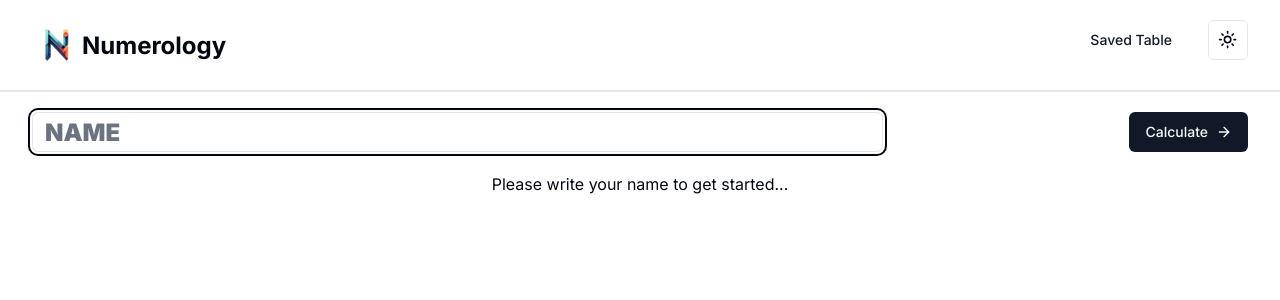
Repository: RaghunadhSahitDruvam/mynumerology
Page: /
These files come from the project's save history. The page is drawn as it stood at one moment and after the next save; the edit follows.
The browser window is 1280 px wide. The pictures show the whole page.
The project was rebuilt for these pictures with package versions that can differ from the ones it lists, and the page was loaded fresh each time. The framework's server and built-in components were replaced by stand-ins that run in the browser. Also part of the build but not shown: next.config.js, components/ui/alert-dialog.tsx.

Above is the page before, as saved 2023-12-21 16:06:27.

### app/layout.tsx
import type { Metadata } from "next";
import { Inter } from "next/font/google";
import "./globals.css";
import { ThemeProvider } from "@/components/theme-provider";

const inter = Inter({ subsets: ["latin"] });

export const metadata: Metadata = {
  title: "Numerology",
  description: "Officially designed by ⭐ Raghunadh ⭐",
};

export default function RootLayout({
  children,
}: {
  children: React.ReactNode;
}) {
  return (
    <html lang="en">
      <body className={inter.className}>
        {" "}
        <ThemeProvider
          attribute="class"
          defaultTheme="system"
          enableSystem
          disableTransitionOnChange
        >
          {children}
          {/* <Toaster /> */}
        </ThemeProvider>
      </body>
    </html>
  );
}

### app/page.tsx
// @ts-nocheck
"use client";
import React, { useEffect, useRef, useState } from "react";
import { Input } from "@/components/ui/input";
import { ToastContainer, toast } from "react-toastify";
import "react-toastify/dist/ReactToastify.css";

import { Button } from "@/components/ui/button";
import { ArrowRight } from "lucide-react";
import axios from "axios";
import Header from "@/components/header";
import { useRouter, useSearchParams } from "next/navigation";
import Link from "next/link";
import {
  AlertDialog,
  AlertDialogAction,
  AlertDialogCancel,
  AlertDialogContent,
  AlertDialogDescription,
  AlertDialogFooter,
  AlertDialogHeader,
  AlertDialogTitle,
  AlertDialogTrigger,
} from "@/components/ui/alert-dialog";

interface DataSource {
  name_g2_block?: string;
  name_g3_block?: string;
  g2tot?: number;
  g2vtot?: number;
  g2nettot?: number;
  g3tot?: number;
  g3vtot?: number;
  g3nettot?: number;
  tot_letters?: number;
}

const Page: React.FC = () => {
  let [textName, setTextName] = useState<string>("");
  const [dataSource, setDataSource] = useState<DataSource | null>(null);
  const [loading, setLoading] = useState<boolean>(false);
  const searchParams = useSearchParams();
  let search = searchParams.get("name");
  const router = useRouter();
  const saveHandler = async (dataSource: DataSource) => {
    setLoading(true);
    await axios
      .post("/api/save", {
        chaldean: dataSource.name_g2_block,
        pythogorous: dataSource.name_g3_block,
        tot_letters: dataSource.tot_letters,
        g2tot: dataSource.g2tot,
        g3tot: dataSource.g3tot,
        g2vtot: dataSource.g2vtot,
        g3vtot: dataSource.g3vtot,
        g2nettot: dataSource.g2nettot,
        g3nettot: dataSource.g3nettot,
      })
      .then((res) => {
        setLoading(false);
        toast.success("Name successfully added to Database ⭐!");
      })
      .catch((err) => toast.error(err));
  };

  useEffect(() => {
    // Set initial value only if it's different from the current state
    if (search !== null && search !== textName) {
      setTextName(search);
    }
  }, [search, textName]);

  const inputFocusRef = useRef(null);
  const buttonRef = useRef(null);
  useEffect(() => {
    inputFocusRef.current.focus();
    if (search !== null) {
      if (buttonRef.current) {
        buttonRef.current.click();
      }
    }
  }, []);
  const submitHandler = (e: React.FormEvent<HTMLFormElement>) => {
    e.preventDefault();
    axios
      .get(`https://phinzi.com/convert?name=${textName}`)
      .then((res) => setDataSource(res.data));
  };

  const updateURL = (newTextName: string) => {
    // Update the URL without a page reload
    router.push(
      `?name=${encodeURIComponent(
        newTextName
          .replaceAll(".", "")
          .replaceAll(",", "")
          .replaceAll(" - ", "")
          .replaceAll("-", "")
          .replaceAll(";", "")
          .replaceAll("(", "")
          .replaceAll(")", "")
          // .replaceAll("  ", " ")
          .replaceAll("[", "")
          .replaceAll("]", "")
      )}`
    );
  };

  return loading ? (
    <div className="flex items-center justify-center h-screen bg-gray-100">
      <div className="animate-spin h-12 w-12 border-t-2 border-b-2 border-gray-900 rounded-full" />
    </div>
  ) : (
    <div className="">
      <Header />

      <div>
        <form
          className="container gap flex justify-between"
          onSubmit={(e) => submitHandler(e)}
        >
          <Input
            type="text"
            placeholder="Name"
            className="w-[70%]"
            value={textName
              .replaceAll(".", "")
              .replaceAll(",", "")
              .replaceAll(" - ", "")
              .replaceAll("-", "")
              .replaceAll(";", "")
              .replaceAll("(", "")
              .replaceAll(")", "")
              // .replaceAll("  ", " ")
              .replaceAll("[", "")
              .replaceAll("]", "")}
            ref={inputFocusRef}
            onChange={(e) => {
              const newValue = e.target.value;
              setTextName(newValue);
              updateURL(newValue); // Update the URL when input changes
            }}
          />

          <Button type="submit" ref={buttonRef}>
            Calculate <ArrowRight className="ml-2 h-4 w-4" />
          </Button>
        </form>
      </div>
      {dataSource ? (
        <>
          <div className="container mt-[30px] flex items-start justify-start">
            <table
              border={2}
              className="border-4dark:border-white border-yellow-600"
            >
              <thead className="border-4 dark:border-white border-yellow-600 p-[20px]">
                <tr className="border-4 dark:border-white border-yellow-600">
                  <th className="border-4 dark:border-white border-yellow-600 bg-green-600 text-white  text-2xl font-[900]">
                    Grp.
                  </th>
                  <th className="border-4 dark:border-white border-yellow-600 bg-green-600 text-white  text-2xl font-[900]">
                    Name
                  </th>
                  <th className="border-4 dark:border-white border-yellow-600 bg-green-600 text-white  text-2xl font-[900]">
                    Total
                  </th>
                  <th className="border-4  dark:border-white border-yellow-600 bg-green-600 text-white  text-2xl font-[900]">
                    V
                  </th>
                  <th className="border-4px-[10px]  dark:border-white border-yellow-600 bg-green-600 text-white  text-2xl font-[900] text-2xl">
                    C
                  </th>
                </tr>
              </thead>
              <tbody className="border-4 dark:border-white border-yellow-600 text-[#960084] font-[900]">
                <tr className="border-4 dark:border-white border-yellow-600">
                  <td className="border-4 dark:border-white border-yellow-600 bg-green-600 text-white  text-2xl ">
                    C
                  </td>
                  <td className=" border-4 dark:border-white border-yellow-600 ">
                    <table
                      className=" table-padding text-2xl"
                      dangerouslySetInnerHTML={{
                        __html:
                          typeof dataSource !== "undefined" &&
                          dataSource?.name_g2_block,
                      }}
                    ></table>
                  </td>

                  <td className="border-4 dark:border-white border-yellow-600 text-2xl bg-green-600 text-white ">
                    {dataSource?.g2tot}
                  </td>
                  <td className="border-4 dark:border-white border-yellow-600 text-2xl bg-green-600 text-white ">
                    {" "}
                    {dataSource?.g2vtot}
                  </td>
                  <td className="border-4 dark:border-white border-yellow-600 text-2xl bg-green-600 text-white ">
                    {" "}
                    {dataSource?.g2nettot}
                  </td>
                </tr>
                <tr className="border-4 dark:border-white border-yellow-600">
                  <td className="border-4 dark:border-white border-yellow-600 bg-green-600 text-white  text-2xl ">
                    P
                  </td>
                  <td className=" border-4 dark:border-white border-yellow-600">
                    <table
                      className=" table-padding text-2xl"
                      dangerouslySetInnerHTML={{
                        __html:
                          typeof dataSource !== "undefined" &&
                          dataSource?.name_g3_block,
                      }}
                    ></table>
                  </td>

                  <td className="border-4 dark:border-white border-yellow-600 text-2xl bg-green-600 text-white ">
                    {dataSource?.g3tot}
                  </td>
                  <td className="border-4 dark:border-white border-yellow-600 text-2xl bg-green-600 text-white ">
                    {" "}
                    {dataSource?.g3vtot}
                  </td>
                  <td className="border-4 dark:border-white border-yellow-600 text-2xl bg-green-600 text-white ">
                    {" "}
                    {dataSource?.g3nettot}
                  </td>
                </tr>
              </tbody>
            </table>
          </div>
          <div className="container flex  items-start mt-[10px] justify-between">
            {" "}
            <span className="text-green-600  text-2xl font-[900]">
              Total Letters - {dataSource?.tot_letters}
            </span>
            <div className="">
              {/* <Button variant={"default"} className="mr-[10px]"> */}
              <AlertDialog>
                <AlertDialogTrigger>
                  <Button variant={"default"} className="mr-[10px]">
                    Save
                  </Button>
                </AlertDialogTrigger>
                <AlertDialogContent>
                  <AlertDialogHeader>
                    <AlertDialogTitle>
                      Are you absolutely sure?
                    </AlertDialogTitle>
                    <AlertDialogDescription>
                      Do you want to save this name -{" "}
                      <b>{textName.toUpperCase()}</b> ?
                    </AlertDialogDescription>
                  </AlertDialogHeader>
                  <AlertDialogFooter>
                    <AlertDialogCancel>Cancel</AlertDialogCancel>
                    <AlertDialogAction onClick={() => saveHandler(dataSource)}>
                      Continue
                    </AlertDialogAction>
                  </AlertDialogFooter>
                </AlertDialogContent>
              </AlertDialog>
              {/* </Button> */}
              <Link href={"/"}>
                <Button
                  variant={"destructive"}
                  onClick={() => {
                    setTextName(null);
                    setDataSource(null);
                  }}
                >
                  Cancel
                </Button>
              </Link>
            </div>
          </div>
        </>
      ) : (
        <>
          <div className="container flex justify-center align-middle">
            <h1>Please write your name to get started...</h1>
          </div>
        </>
      )}
      <ToastContainer
        position="top-right"
        autoClose={5000}
        hideProgressBar={false}
        newestOnTop={false}
        closeOnClick
        rtl={false}
        pauseOnFocusLoss
        draggable
        pauseOnHover
        theme="colored"
      />
    </div>
  );
};

export default Page;

### app/globals.css
@tailwind base;
@tailwind components;
@tailwind utilities;

@layer base {
  :root {
    --background: 0 0% 100%;
    --foreground: 224 71.4% 4.1%;

    --card: 0 0% 100%;
    --card-foreground: 224 71.4% 4.1%;

    --popover: 0 0% 100%;
    --popover-foreground: 224 71.4% 4.1%;

    --primary: 220.9 39.3% 11%;
    --primary-foreground: 210 20% 98%;

    --secondary: 220 14.3% 95.9%;
    --secondary-foreground: 220.9 39.3% 11%;

    --muted: 220 14.3% 95.9%;
    --muted-foreground: 220 8.9% 46.1%;

    --accent: 220 14.3% 95.9%;
    --accent-foreground: 220.9 39.3% 11%;

    --destructive: 0 84.2% 60.2%;
    --destructive-foreground: 210 20% 98%;

    --border: 220 13% 91%;
    --input: 220 13% 91%;
    --ring: 224 71.4% 4.1%;

    --radius: 0.5rem;
  }

  .dark {
    --background: 224 71.4% 4.1%;
    --foreground: 210 20% 98%;

    --card: 224 71.4% 4.1%;
    --card-foreground: 210 20% 98%;

    --popover: 224 71.4% 4.1%;
    --popover-foreground: 210 20% 98%;

    --primary: 210 20% 98%;
    --primary-foreground: 220.9 39.3% 11%;

    --secondary: 215 27.9% 16.9%;
    --secondary-foreground: 210 20% 98%;

    --muted: 215 27.9% 16.9%;
    --muted-foreground: 217.9 10.6% 64.9%;

    --accent: 215 27.9% 16.9%;
    --accent-foreground: 210 20% 98%;

    --destructive: 0 62.8% 30.6%;
    --destructive-foreground: 210 20% 98%;

    --border: 215 27.9% 16.9%;
    --input: 215 27.9% 16.9%;
    --ring: 216 12.2% 83.9%;
  }
}

@layer base {
  * {
    @apply border-border;
  }
  body {
    @apply bg-background text-foreground;
  }
  .container {
    @apply mx-[50px];
  }
  .mainHeading {
    @apply text-2xl font-bold;
  }
  .gap {
    @apply my-[20px];
  }
  .table-padding tbody > tr > td {
    @apply px-[15px];
  }
}

### components/ui/input.tsx
import * as React from "react";

import { cn } from "@/lib/utils";

export interface InputProps
  extends React.InputHTMLAttributes<HTMLInputElement> {}

const Input = React.forwardRef<HTMLInputElement, InputProps>(
  ({ className, type, ...props }, ref) => {
    return (
      <input
        type={type}
        className={cn(
          "flex h-10 w-full rounded-md border border-pink-600 border-input uppercase text-2xl bg-background text-blue-600 font-[1000] px-3 py-2  ring-offset-background file:border-0 file:bg-transparent file:text-sm file:font-medium placeholder:text-muted-foreground focus-visible:outline-none focus-visible:ring-2 focus-visible:ring-ring focus-visible:ring-offset-2 foc disabled:cursor-not-allowed disabled:opacity-50",
          className
        )}
        ref={ref}
        {...props}
      />
    );
  }
);
Input.displayName = "Input";

export { Input };

### components/ui/button.tsx
import * as React from "react"
import { Slot } from "@radix-ui/react-slot"
import { cva, type VariantProps } from "class-variance-authority"

import { cn } from "@/lib/utils"

const buttonVariants = cva(
  "inline-flex items-center justify-center rounded-md text-sm font-medium ring-offset-background transition-colors focus-visible:outline-none focus-visible:ring-2 focus-visible:ring-ring focus-visible:ring-offset-2 disabled:pointer-events-none disabled:opacity-50",
  {
    variants: {
      variant: {
        default: "bg-primary text-primary-foreground hover:bg-primary/90",
        destructive:
          "bg-destructive text-destructive-foreground hover:bg-destructive/90",
        outline:
          "border border-input bg-background hover:bg-accent hover:text-accent-foreground",
        secondary:
          "bg-secondary text-secondary-foreground hover:bg-secondary/80",
        ghost: "hover:bg-accent hover:text-accent-foreground",
        link: "text-primary underline-offset-4 hover:underline",
      },
      size: {
        default: "h-10 px-4 py-2",
        sm: "h-9 rounded-md px-3",
        lg: "h-11 rounded-md px-8",
        icon: "h-10 w-10",
      },
    },
    defaultVariants: {
      variant: "default",
      size: "default",
    },
  }
)

export interface ButtonProps
  extends React.ButtonHTMLAttributes<HTMLButtonElement>,
    VariantProps<typeof buttonVariants> {
  asChild?: boolean
}

const Button = React.forwardRef<HTMLButtonElement, ButtonProps>(
  ({ className, variant, size, asChild = false, ...props }, ref) => {
    const Comp = asChild ? Slot : "button"
    return (
      <Comp
        className={cn(buttonVariants({ variant, size, className }))}
        ref={ref}
        {...props}
      />
    )
  }
)
Button.displayName = "Button"

export { Button, buttonVariants }

### components/header.tsx
import React from "react";
import { ModeToggle } from "./mode";
import Link from "next/link";
import Image from "next/image";
import { Badge } from "./ui/badge";
import { Button } from "./ui/button";

const Header = () => {
  return (
    <div className={``}>
      <div className="flex my-[20px] mainHeading justify-between  container ">
        <Link href={"/"} className="flex align-middle text-center ">
          <Image src={"/images/logo.png"} alt="logo" height={50} width={50} />
          <span className="mt-[10px]">Numerology</span>
        </Link>
        <div className="flex gap-[20px]">
          <Link href={"/data"}>
            <Button variant={"link"}>Saved Table</Button>{" "}
          </Link>
          <ModeToggle />
        </div>
      </div>
      <div className="border-b-2"></div>
    </div>
  );
};

export default Header;

### components/mode.tsx
"use client";

import * as React from "react";
import { Moon, Sun } from "lucide-react";
import { useTheme } from "next-themes";

import { Button } from "@/components/ui/button";
import {
  DropdownMenu,
  DropdownMenuContent,
  DropdownMenuItem,
  DropdownMenuTrigger,
} from "@/components/ui/dropdown-menu";

export function ModeToggle() {
  const { setTheme } = useTheme();

  return (
    <DropdownMenu>
      <DropdownMenuTrigger asChild>
        <Button variant="outline" size="icon" className="align-middle">
          <Sun className="h-[1.2rem]  w-[1.2rem] rotate-0 scale-100 transition-all dark:-rotate-90 dark:scale-0" />
          <Moon className="absolute  h-[1.2rem] w-[1.2rem] rotate-90 scale-0 transition-all dark:rotate-0 dark:scale-100" />
          <span className="sr-only">Toggle theme</span>
        </Button>
      </DropdownMenuTrigger>
      <DropdownMenuContent align="end">
        <DropdownMenuItem onClick={() => setTheme("light")}>
          Light
        </DropdownMenuItem>
        <DropdownMenuItem onClick={() => setTheme("dark")}>
          Dark
        </DropdownMenuItem>
        <DropdownMenuItem onClick={() => setTheme("system")}>
          System
        </DropdownMenuItem>
      </DropdownMenuContent>
    </DropdownMenu>
  );
}

### components/ui/dropdown-menu.tsx
import * as React from "react"
import * as DropdownMenuPrimitive from "@radix-ui/react-dropdown-menu"
import { Check, ChevronRight, Circle } from "lucide-react"

import { cn } from "@/lib/utils"

const DropdownMenu = DropdownMenuPrimitive.Root

const DropdownMenuTrigger = DropdownMenuPrimitive.Trigger

const DropdownMenuGroup = DropdownMenuPrimitive.Group

const DropdownMenuPortal = DropdownMenuPrimitive.Portal

const DropdownMenuSub = DropdownMenuPrimitive.Sub

const DropdownMenuRadioGroup = DropdownMenuPrimitive.RadioGroup

const DropdownMenuSubTrigger = React.forwardRef<
  React.ElementRef<typeof DropdownMenuPrimitive.SubTrigger>,
  React.ComponentPropsWithoutRef<typeof DropdownMenuPrimitive.SubTrigger> & {
    inset?: boolean
  }
>(({ className, inset, children, ...props }, ref) => (
  <DropdownMenuPrimitive.SubTrigger
    ref={ref}
    className={cn(
      "flex cursor-default select-none items-center rounded-sm px-2 py-1.5 text-sm outline-none focus:bg-accent data-[state=open]:bg-accent",
      inset && "pl-8",
      className
    )}
    {...props}
  >
    {children}
    <ChevronRight className="ml-auto h-4 w-4" />
  </DropdownMenuPrimitive.SubTrigger>
))
DropdownMenuSubTrigger.displayName =
  DropdownMenuPrimitive.SubTrigger.displayName

const DropdownMenuSubContent = React.forwardRef<
  React.ElementRef<typeof DropdownMenuPrimitive.SubContent>,
  React.ComponentPropsWithoutRef<typeof DropdownMenuPrimitive.SubContent>
>(({ className, ...props }, ref) => (
  <DropdownMenuPrimitive.SubContent
    ref={ref}
    className={cn(
      "z-50 min-w-[8rem] overflow-hidden rounded-md border bg-popover p-1 text-popover-foreground shadow-lg data-[state=open]:animate-in data-[state=closed]:animate-out data-[state=closed]:fade-out-0 data-[state=open]:fade-in-0 data-[state=closed]:zoom-out-95 data-[state=open]:zoom-in-95 data-[side=bottom]:slide-in-from-top-2 data-[side=left]:slide-in-from-right-2 data-[side=right]:slide-in-from-left-2 data-[side=top]:slide-in-from-bottom-2",
      className
    )}
    {...props}
  />
))
DropdownMenuSubContent.displayName =
  DropdownMenuPrimitive.SubContent.displayName

const DropdownMenuContent = React.forwardRef<
  React.ElementRef<typeof DropdownMenuPrimitive.Content>,
  React.ComponentPropsWithoutRef<typeof DropdownMenuPrimitive.Content>
>(({ className, sideOffset = 4, ...props }, ref) => (
  <DropdownMenuPrimitive.Portal>
    <DropdownMenuPrimitive.Content
      ref={ref}
      sideOffset={sideOffset}
      className={cn(
        "z-50 min-w-[8rem] overflow-hidden rounded-md border bg-popover p-1 text-popover-foreground shadow-md data-[state=open]:animate-in data-[state=closed]:animate-out data-[state=closed]:fade-out-0 data-[state=open]:fade-in-0 data-[state=closed]:zoom-out-95 data-[state=open]:zoom-in-95 data-[side=bottom]:slide-in-from-top-2 data-[side=left]:slide-in-from-right-2 data-[side=right]:slide-in-from-left-2 data-[side=top]:slide-in-from-bottom-2",
        className
      )}
      {...props}
    />
  </DropdownMenuPrimitive.Portal>
))
DropdownMenuContent.displayName = DropdownMenuPrimitive.Content.displayName

const DropdownMenuItem = React.forwardRef<
  React.ElementRef<typeof DropdownMenuPrimitive.Item>,
  React.ComponentPropsWithoutRef<typeof DropdownMenuPrimitive.Item> & {
    inset?: boolean
  }
>(({ className, inset, ...props }, ref) => (
  <DropdownMenuPrimitive.Item
    ref={ref}
    className={cn(
      "relative flex cursor-default select-none items-center rounded-sm px-2 py-1.5 text-sm outline-none transition-colors focus:bg-accent focus:text-accent-foreground data-[disabled]:pointer-events-none data-[disabled]:opacity-50",
      inset && "pl-8",
      className
    )}
    {...props}
  />
))
DropdownMenuItem.displayName = DropdownMenuPrimitive.Item.displayName

const DropdownMenuCheckboxItem = React.forwardRef<
  React.ElementRef<typeof DropdownMenuPrimitive.CheckboxItem>,
  React.ComponentPropsWithoutRef<typeof DropdownMenuPrimitive.CheckboxItem>
>(({ className, children, checked, ...props }, ref) => (
  <DropdownMenuPrimitive.CheckboxItem
    ref={ref}
    className={cn(
      "relative flex cursor-default select-none items-center rounded-sm py-1.5 pl-8 pr-2 text-sm outline-none transition-colors focus:bg-accent focus:text-accent-foreground data-[disabled]:pointer-events-none data-[disabled]:opacity-50",
      className
    )}
    checked={checked}
    {...props}
  >
    <span className="absolute left-2 flex h-3.5 w-3.5 items-center justify-center">
      <DropdownMenuPrimitive.ItemIndicator>
        <Check className="h-4 w-4" />
      </DropdownMenuPrimitive.ItemIndicator>
    </span>
    {children}
  </DropdownMenuPrimitive.CheckboxItem>
))
DropdownMenuCheckboxItem.displayName =
  DropdownMenuPrimitive.CheckboxItem.displayName

const DropdownMenuRadioItem = React.forwardRef<
  React.ElementRef<typeof DropdownMenuPrimitive.RadioItem>,
  React.ComponentPropsWithoutRef<typeof DropdownMenuPrimitive.RadioItem>
>(({ className, children, ...props }, ref) => (
  <DropdownMenuPrimitive.RadioItem
    ref={ref}
    className={cn(
      "relative flex cursor-default select-none items-center rounded-sm py-1.5 pl-8 pr-2 text-sm outline-none transition-colors focus:bg-accent focus:text-accent-foreground data-[disabled]:pointer-events-none data-[disabled]:opacity-50",
      className
    )}
    {...props}
  >
    <span className="absolute left-2 flex h-3.5 w-3.5 items-center justify-center">
      <DropdownMenuPrimitive.ItemIndicator>
        <Circle className="h-2 w-2 fill-current" />
      </DropdownMenuPrimitive.ItemIndicator>
    </span>
    {children}
  </DropdownMenuPrimitive.RadioItem>
))
DropdownMenuRadioItem.displayName = DropdownMenuPrimitive.RadioItem.displayName

const DropdownMenuLabel = React.forwardRef<
  React.ElementRef<typeof DropdownMenuPrimitive.Label>,
  React.ComponentPropsWithoutRef<typeof DropdownMenuPrimitive.Label> & {
    inset?: boolean
  }
>(({ className, inset, ...props }, ref) => (
  <DropdownMenuPrimitive.Label
    ref={ref}
    className={cn(
      "px-2 py-1.5 text-sm font-semibold",
      inset && "pl-8",
      className
    )}
    {...props}
  />
))
DropdownMenuLabel.displayName = DropdownMenuPrimitive.Label.displayName

const DropdownMenuSeparator = React.forwardRef<
  React.ElementRef<typeof DropdownMenuPrimitive.Separator>,
  React.ComponentPropsWithoutRef<typeof DropdownMenuPrimitive.Separator>
>(({ className, ...props }, ref) => (
  <DropdownMenuPrimitive.Separator
    ref={ref}
    className={cn("-mx-1 my-1 h-px bg-muted", className)}
    {...props}
  />
))
DropdownMenuSeparator.displayName = DropdownMenuPrimitive.Separator.displayName

const DropdownMenuShortcut = ({
  className,
  ...props
}: React.HTMLAttributes<HTMLSpanElement>) => {
  return (
    <span
      className={cn("ml-auto text-xs tracking-widest opacity-60", className)}
      {...props}
    />
  )
}
DropdownMenuShortcut.displayName = "DropdownMenuShortcut"

export {
  DropdownMenu,
  DropdownMenuTrigger,
  DropdownMenuContent,
  DropdownMenuItem,
  DropdownMenuCheckboxItem,
  DropdownMenuRadioItem,
  DropdownMenuLabel,
  DropdownMenuSeparator,
  DropdownMenuShortcut,
  DropdownMenuGroup,
  DropdownMenuPortal,
  DropdownMenuSub,
  DropdownMenuSubContent,
  DropdownMenuSubTrigger,
  DropdownMenuRadioGroup,
}

Loaded but not shown: components/theme-provider.tsx (common file); lib/utils.ts (common file); tailwind.config.js (common file)

After the next save:
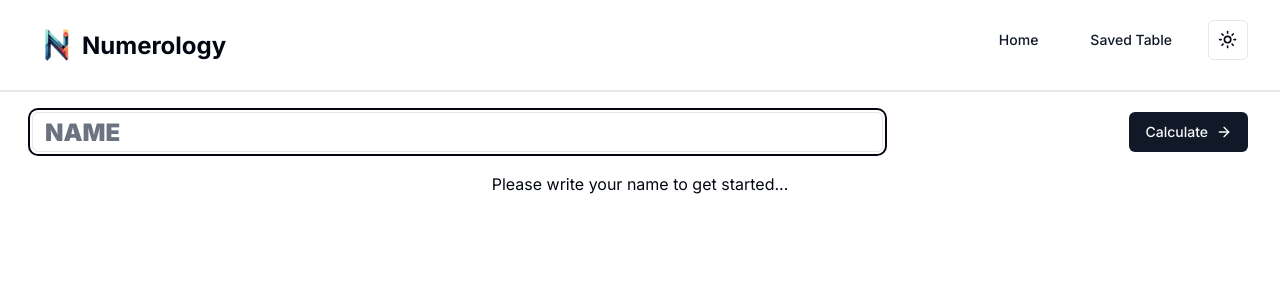
Saved 16 s later.
--- a/components/header.tsx
+++ b/components/header.tsx
@@ -14,6 +14,9 @@ const Header = () => {
           <span className="mt-[10px]">Numerology</span>
         </Link>
         <div className="flex gap-[20px]">
+          <Link href={"/"}>
+            <Button variant={"link"}>Home</Button>{" "}
+          </Link>
           <Link href={"/data"}>
             <Button variant={"link"}>Saved Table</Button>{" "}
           </Link>
